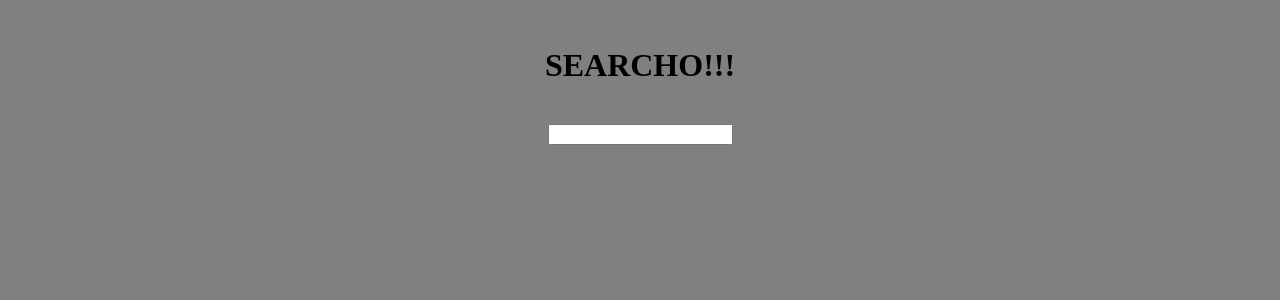
Repository: talkgunish/JAVA-WORLD
Page: advance_java/my_eclipse_java_proj/cookie_session/Search_on_google/WebContent/search_page.html
These files come from the project's save history. The page is drawn as it stood at one moment and after the next save; the edit follows.
The browser window is 1280 px wide. The pictures show the whole page.

Above is the page before, as saved 2018-06-19 17:35:40.

After the next save:
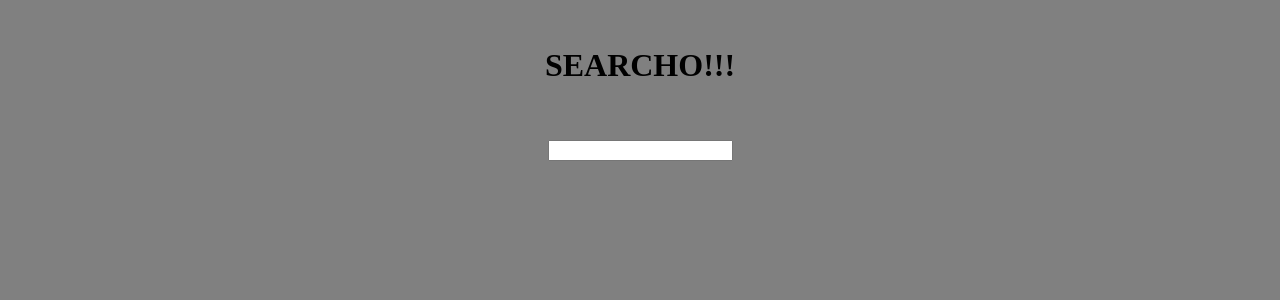
Saved 59 s later.
--- a/advance_java/my_eclipse_java_proj/cookie_session/Search_on_google/WebContent/search_page.html
+++ b/advance_java/my_eclipse_java_proj/cookie_session/Search_on_google/WebContent/search_page.html
@@ -7,7 +7,7 @@
 <body bgcolor="grey" align="center">
 <form action="go" method="post">
 <br><h1 align="center">SEARCHO!!!</h1><br>
-<align ="center"><input type="text" name="search"></align>
+<p align="center"><input type="text" name="search"></p>
 
 </form>
 
